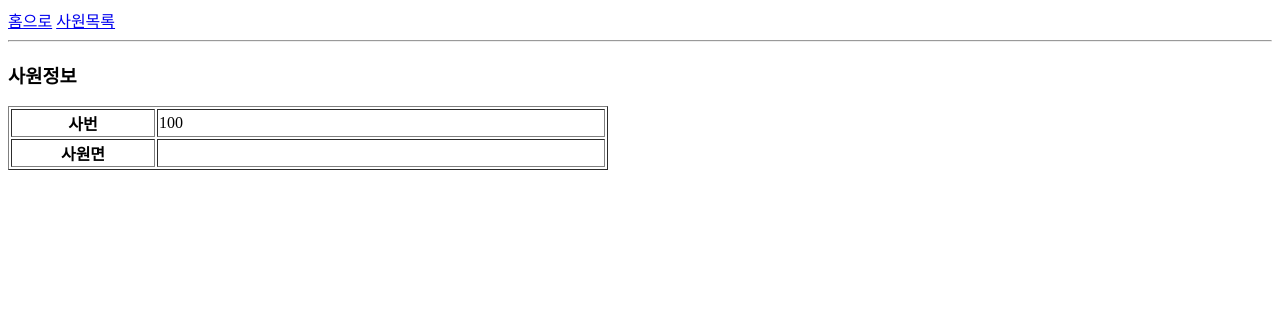
Repository: linklifejo/study_web
Page: http://localhost/servlet03/employee/info.jsp
These files come from the project's save history. The page is drawn as it stood at one moment and after the next save; the edit follows.
The browser window is 1280 px wide. The pictures show the whole page.
The page is served by Tomcat 9. Other server files are loaded and not shown.

Above is the page before, as saved 2023-02-10 00:55:05.

### servlet03/src/main/webapp/employee/info.jsp
<%@ page language="java" contentType="text/html; charset=UTF-8"
    pageEncoding="UTF-8"%>
<%@ taglib uri="http://java.sun.com/jsp/jstl/core" prefix="c"%>
<!DOCTYPE html>
<html>
<head>
<meta charset="UTF-8">
<title>Insert title here</title>
</head>
<body>
<a href='<c:url value="/"/>'>홈으로</a>
<a href='<c:url value="emp_list.do"/>'>사원목록</a>
<hr>
<h3>사원정보</h3>
<table border='1' style='width:600px'>
<tr><th  style='width:140px'>사번</th><td>100</td></tr>
<tr><th>사원면</th><td></td></tr>
</table>

</body>
</html>

After the next save:
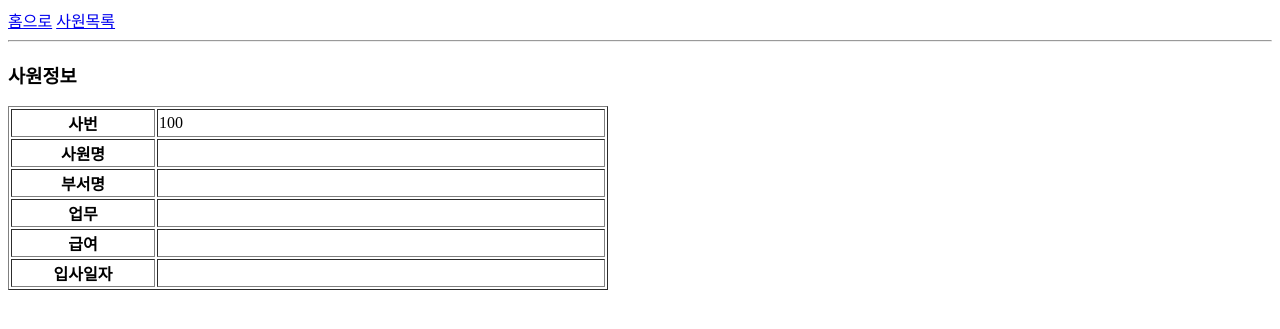
Saved 32 s later.
--- a/servlet03/src/main/webapp/employee/info.jsp
+++ b/servlet03/src/main/webapp/employee/info.jsp
@@ -14,7 +14,11 @@
 <h3>사원정보</h3>
 <table border='1' style='width:600px'>
 <tr><th  style='width:140px'>사번</th><td>100</td></tr>
-<tr><th>사원면</th><td></td></tr>
+<tr><th>사원명</th><td></td></tr>
+<tr><th>부서명</th><td></td></tr>
+<tr><th>업무</th><td></td></tr>
+<tr><th>급여</th><td></td></tr>
+<tr><th>입사일자</th><td></td></tr>
 </table>
 
 </body>
